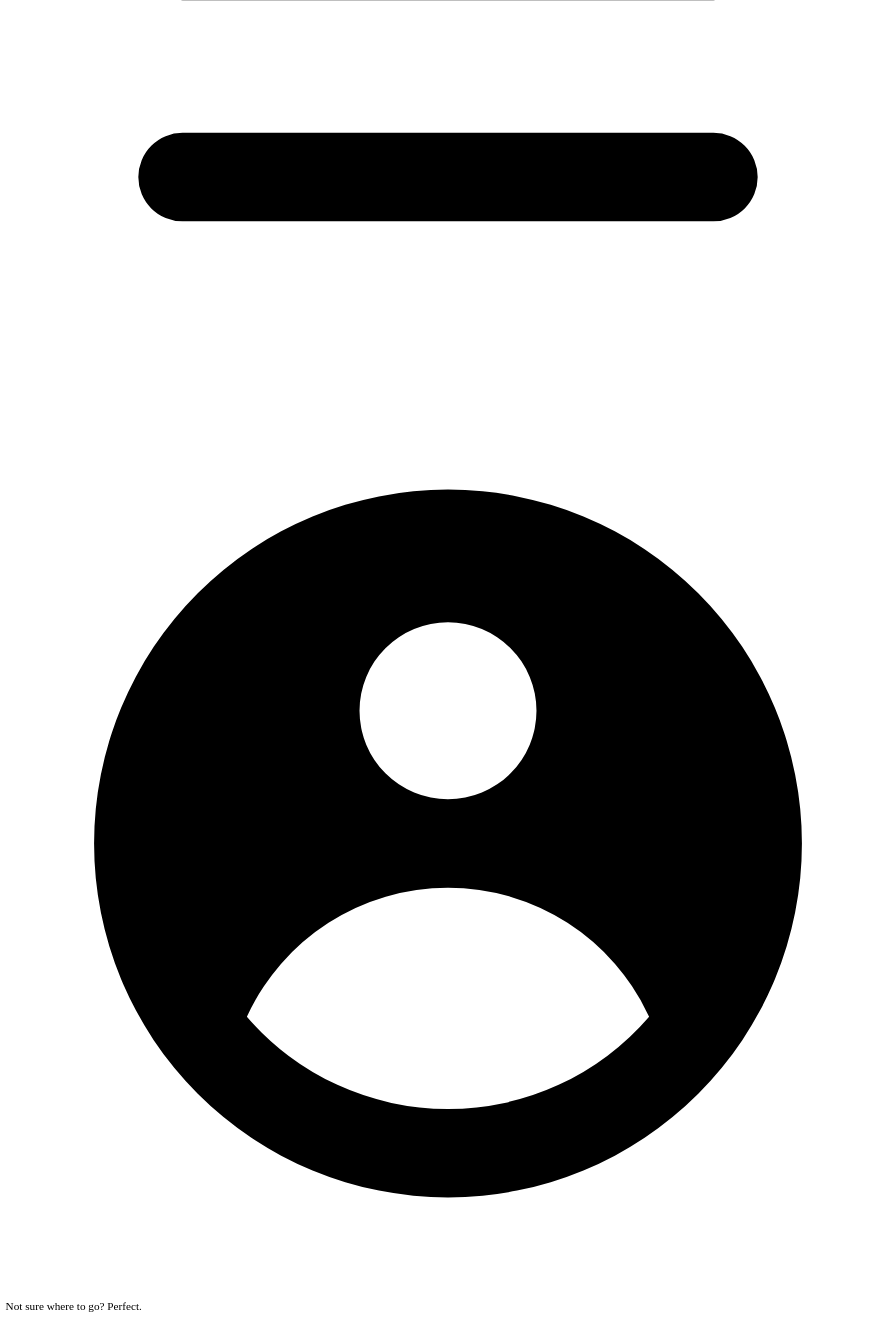
Repository: exiled-kal/AirbNb
Page: /
The author's editor kept a copy of each file at every save. The page is drawn from the files as they stood at one save, then again after a run of saves.
The browser window is 1280 px wide. The pictures show the part of the page from y = 3310 to 5230 px (the page is 5201 px tall before and 5230 px after), at 70% of full size.
The project was rebuilt for these pictures with package versions that can differ from the ones it lists, and the page was loaded fresh each time. The framework's server and built-in components were replaced by stand-ins that run in the browser. Also part of the build but not shown: next.config.js.

Above is the page before, as saved 2021-08-05 20:14:03.

After the next 3 saves:
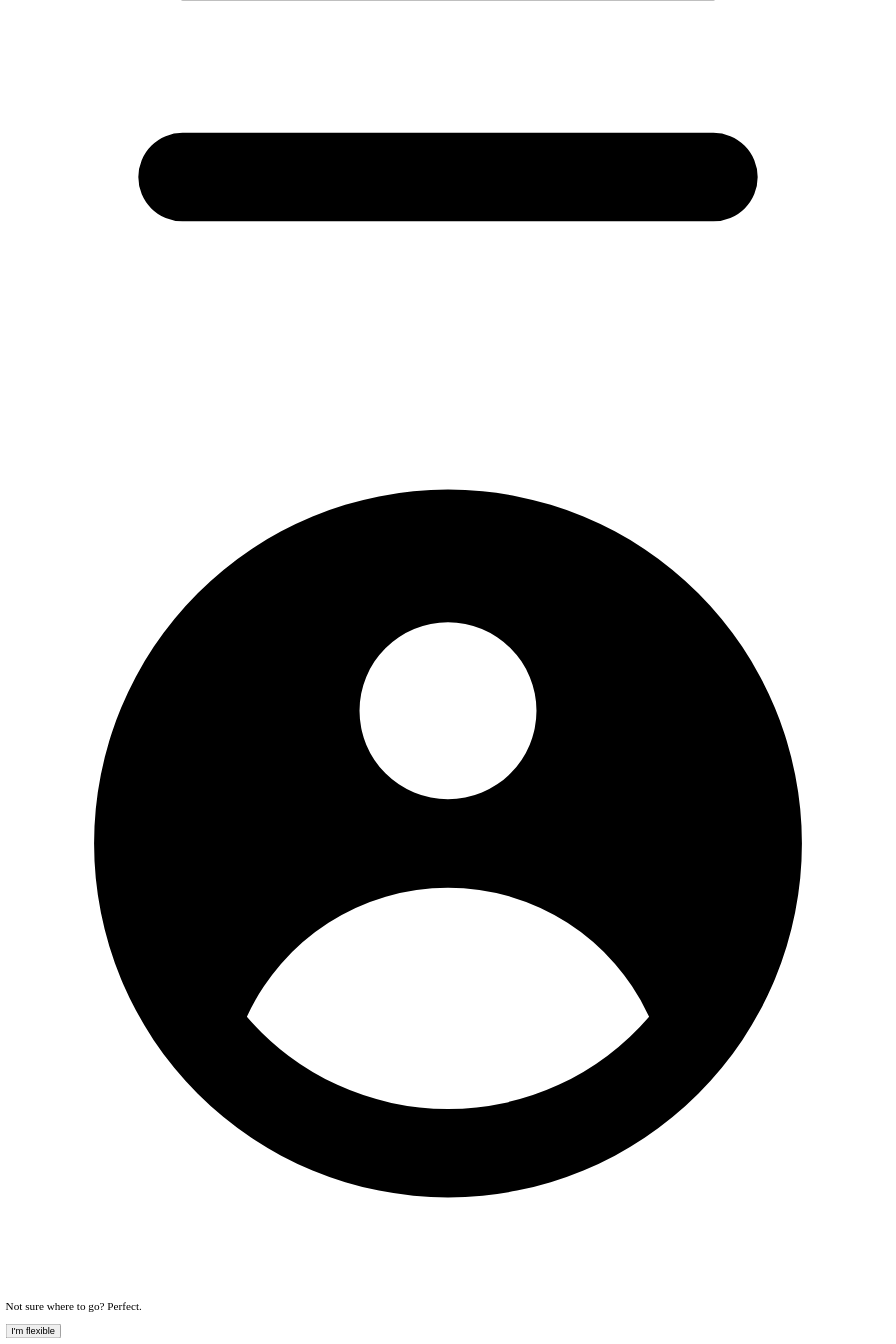
The 3 saves are shown as one change because 1 did not build or start and some came seconds apart.
The last was saved 11 s later.
--- a/components/Banner.js
+++ b/components/Banner.js
@@ -10,7 +10,7 @@ function Banner() {
       />
       <div className="absolute top-1/2 w-full text-center">
         <p className="text-sm sm:text-lg">Not sure where to go? Perfect.</p>
-
+        <button>I'm flexible</button>
       </div>
     </div>
   );
